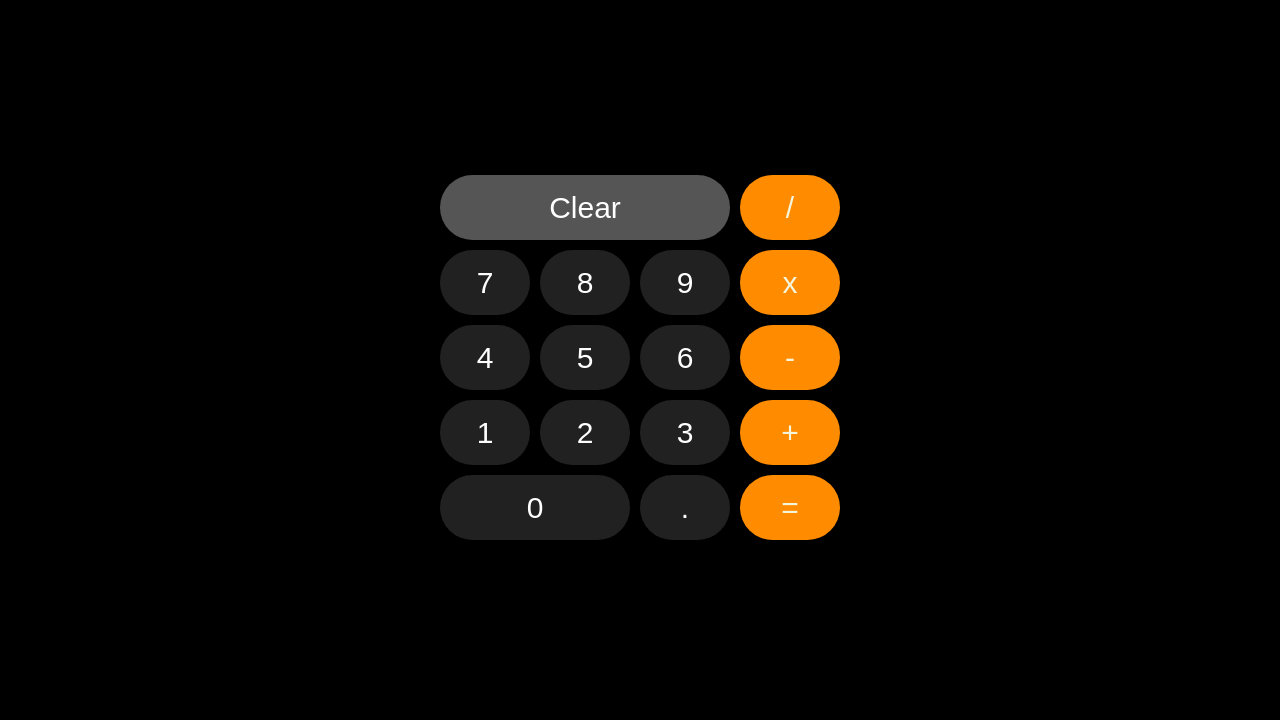
Repository: kocokoy/Calculator
Page: index.html
An editor plug-in stored every save of this project. The page is shown before and after the next save, followed by the edit.
The browser window is 1280 px wide. The pictures show the whole page.
After loading, the first visible `button.clear-button` was clicked once.

Above is the page before, as saved 2024-10-22 18:11:55.

### index.html
<!DOCTYPE html>
<html lang="en">
<head>
  <meta charset="UTF-8">
  <meta name="viewport" content="width=device-width, initial-scale=1.0">
  <link rel="stylesheet" href="/style.css">
  <title>Document</title>
</head>
<body>
  <div class="container">
    <div class="output-number">
      <div class="number"></div>
    </div>
    <div class="calculator-container">
      <div class="number-and-clear-container">
        <div class="clear-button-container">
        </div>
        <div class="number-container">

        </div>
        <div class="zero-button-container">
        </div>
      </div>
      <div class="operator-container"></div>
    </div>
  </div>
  <script src="/script.js"></script>
</body>
</html>

### style.css
body{
  padding: 0;
  margin: 0;
  height: 100%;
  background-color: black;
  font-family: Arial, Helvetica, sans-serif;
}
button{
  border: none;
  border-radius: 100px;
  height: 65px;
  margin: 0;
  padding: 0;
  font-size: 30px;
  cursor: pointer;
}
.container{
  display: flex;
  align-items: center;
  justify-content: center;
  flex-direction: column;
  height: 100vh;
}
.calculator-container{
  display: flex;
  align-items: center;
  justify-content: center;
}
.number-and-clear-container{
  height: 450px;
  width: 300px;
  display: block;
}
.clear-button-container{
  display: grid;
  grid-template-columns: 1fr;
  margin-bottom: 10px;
}
.clear-button-container button{
  margin-right: 10px;
  background-color: rgb(85, 85, 85);
  color: rgb(255, 255, 255);
}
.number-container{
  display: grid;
  grid-template-columns: 1fr 1fr 1fr;
  direction: rtl;
}
.number-container button{
  margin-bottom: 10px;
  margin-right: 10px;
  background-color: hsl(0, 0%, 13%);
  color: white;
}
.zero-button-container{
  display: grid;
  grid-template-columns: 1fr 100px;
}
.zero-button-container button{
  margin-right: 10px;
  background-color: hsl(0, 0%, 13%);
  color: white;
}

.operator-container{
  height: 450px;
  width: 100px;
  display: flex;
  flex-direction: column;
}
.operator-container button{
  font-size: 30px;
  margin-bottom: 10px;
  color: beige;
  background-color: hsl(33, 100%, 50%);
}

.output-number{
  height: 70px;
  width: 395px;
  margin-bottom: 10px;
  display: flex;
  justify-content: end;
  font-size: 70px;
  color: white;
}

### script.js
const calculatorButton = ['Clear',1,2,3,4,5,6,7,8,9,0,'.'];
const operatorContent = ['/','x','-','+','='];
const numberContainer = document.querySelector('.number-container');
const clearButtonContainer = document.querySelector('.clear-button-container');
const zeroButtonContainer = document.querySelector('.zero-button-container');
const operatorContainer = document.querySelector('.operator-container');
const outputElement = document.querySelector('.number');
// const number = document.querySelector('.number');

let num1 = '';
let num2 = '';
let operator = '';
let result = 0;
let equals ='';
let html = '';
displayButton();


function displayButton(){
  const descendedNumber = calculatorButton.sort((a,b) => b-a)
  for(const num of descendedNumber){
    const button = document.createElement('button');
    if(num === 'Clear'){
      button.classList.add('clear-button');
      button.textContent = num;
      clearButtonContainer.appendChild(button);
    }else if(num === 0 || num === '.'){
      button.classList.add('zero-button');
      button.textContent = num;
      zeroButtonContainer.appendChild(button);
    }else{
      button.classList.add('number-button');
      button.textContent = num;
      numberContainer.appendChild(button);
    }
  }

  operatorContent.forEach(operand => {
    const button = document.createElement('button');
    button.classList.add('operator-button');
    button.textContent = operand;
    operatorContainer.appendChild(button);
  });

  buttonsClicked();
}

function buttonsClicked(){
  const operatorButton = document.querySelectorAll('.operator-button');
  operatorButton.forEach((operButton,i) => {
    operButton.addEventListener('click', () => {
      if(operButton.textContent != '='){
        operator = operButton.textContent;
        outputElements(operator);
      }else{
        equals = operButton.textContent;
        if(equals === '='){
          console.log(`${num1}${operator}${num2}`)
          operate(num1,num2,operator);

        }
      }

    })
  })
}

const numberButton = document.querySelectorAll('.number-button');
numberButton.forEach((numButton,i) => {
  numButton.addEventListener('click', () => {
    console.log(numButton);
    if (operator === '') {
      num1 += numButton.textContent;
      outputElements(numButton.textContent);
      console.log('Num1:', num1);
    } else {
      num2 += numButton.textContent;
      outputElements(numButton.textContent);
      console.log('Num2:', num2);
    }
  })
})

const clearButton = document.querySelector('.clear-button');
clearButton.addEventListener('click',() => {
  clearContent();
  outputElement.textContent = '';
})

function clearContent(){
  num1 = '';
  num2 = '';
  operator = '';
  result = 0;
  equals ='';
  html = '';
  // outputElement.textContent = '';
  console.log(num1);
  console.log(num2);
}


function outputElements(a){
  if(num1 && num2 && operator && equals){
    outputElement.textContent = '';
    outputElement.textContent = a;
    clearContent();
  }else{
    html+=a;
    console.log(html);
    outputElement.textContent = html;
  }
}

function operate(num1,num2,operator){
  number1 = parseInt(num1,10);
  number2 = parseInt(num2,10);
  if(operator === '+'){
    addOperator(number1,number2);
  }else if(operator === '-'){
    minusOperator(number1,number2);
  }else if(operator === '*'){
    timesOperator(number1,number2);
  }else if(operator === '/'){
    divideOperator(number1,number2);
  }
}

const addOperator = (a,b) => {
  console.log(a,b);
  result = a + b;
  outputElements(result);
  return console.log(result);
}

const minusOperator = (a,b) => {
  result = a-b;
  outputElements(result);
  return console.log(result);
}

const timesOperator = (a,b) => {
  result = a*b;
  outputElements(result);
  return console.log(result);
}

const divideOperator = (a,b) => {
  sum = a/b;
  outputElements(result);
  return console.log(result);
}

After the next save:
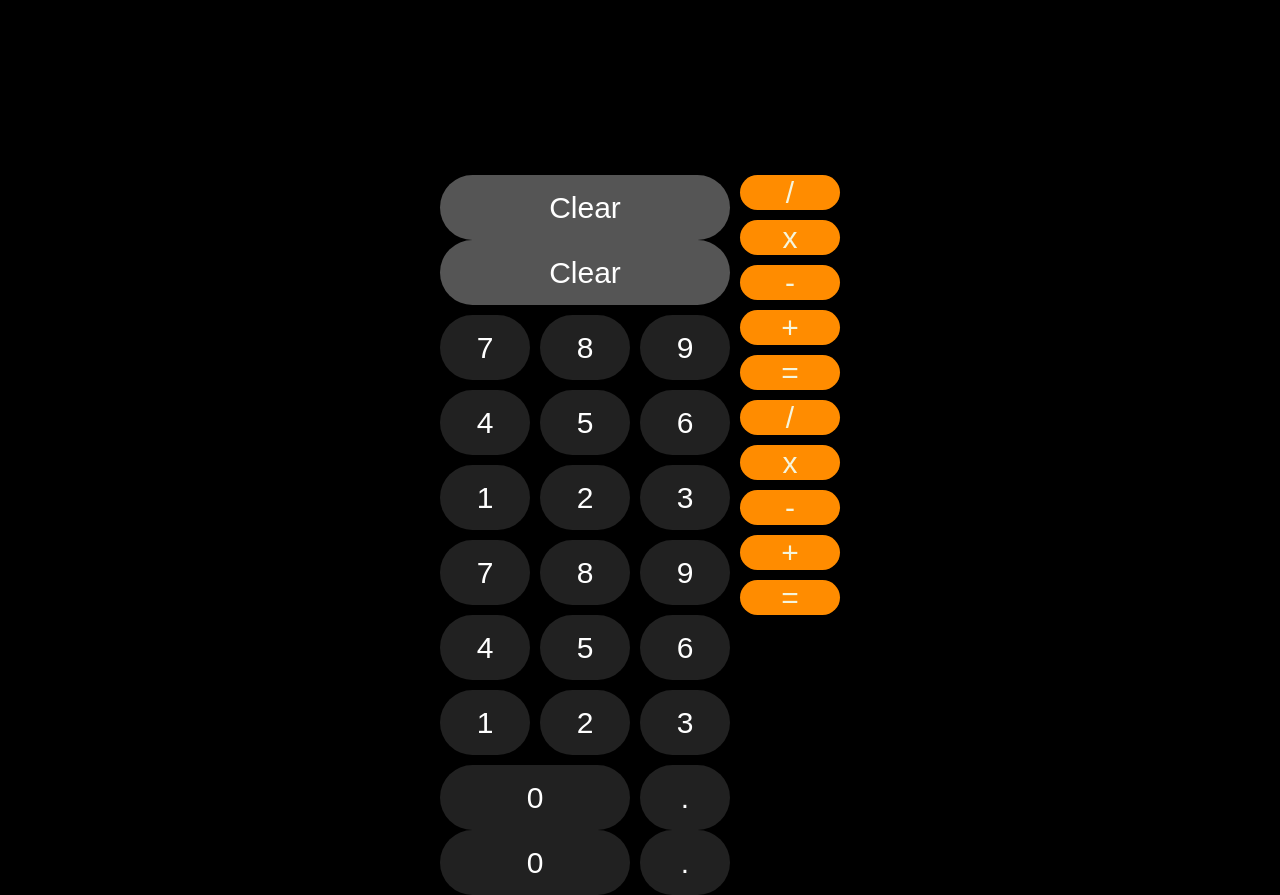
Saved 61 s later.
--- a/script.js
+++ b/script.js
@@ -85,6 +85,7 @@
 clearButton.addEventListener('click',() => {
   clearContent();
   outputElement.textContent = '';
+  displayButton();
 })
 
 function clearContent(){

After the save that followed:
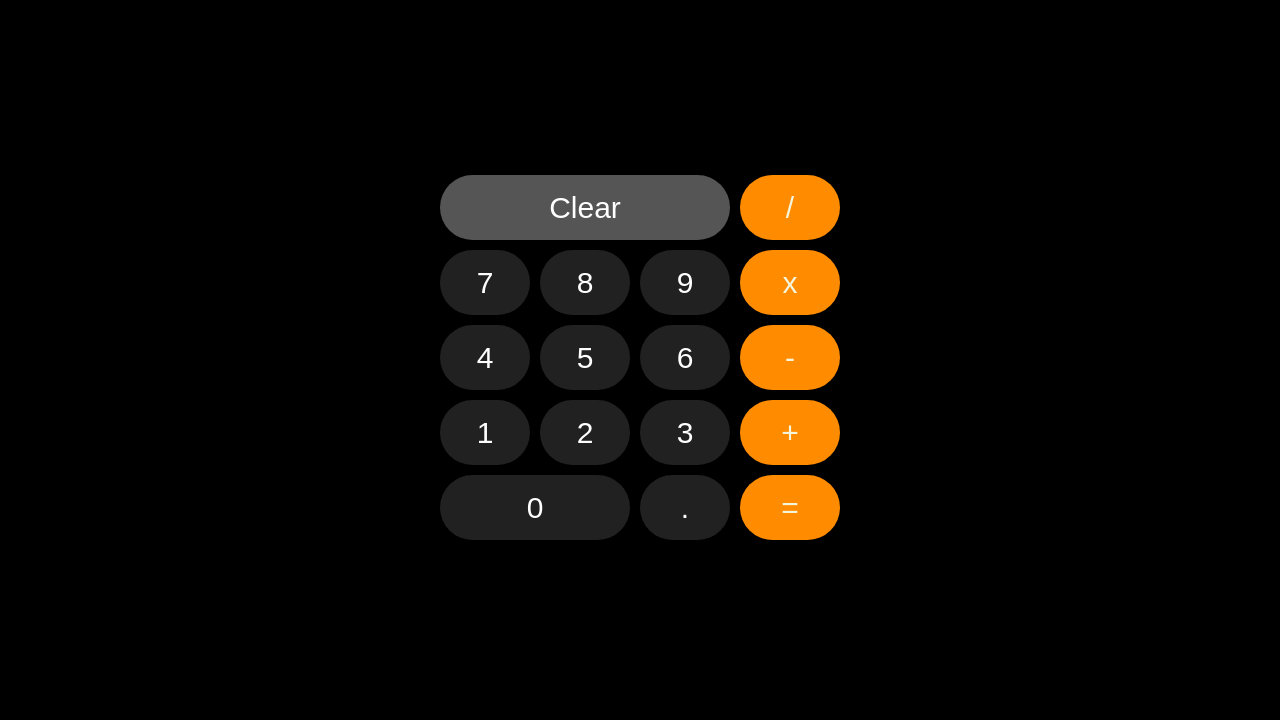
Console error: TypeError: Failed to execute 'appendChild' on 'Node': parameter 1 is not of type 'Node'.
Saved 31 s later.
--- a/script.js
+++ b/script.js
@@ -85,6 +85,7 @@
 clearButton.addEventListener('click',() => {
   clearContent();
   outputElement.textContent = '';
+  numberContainer.appendChild('');
   displayButton();
 })
 
